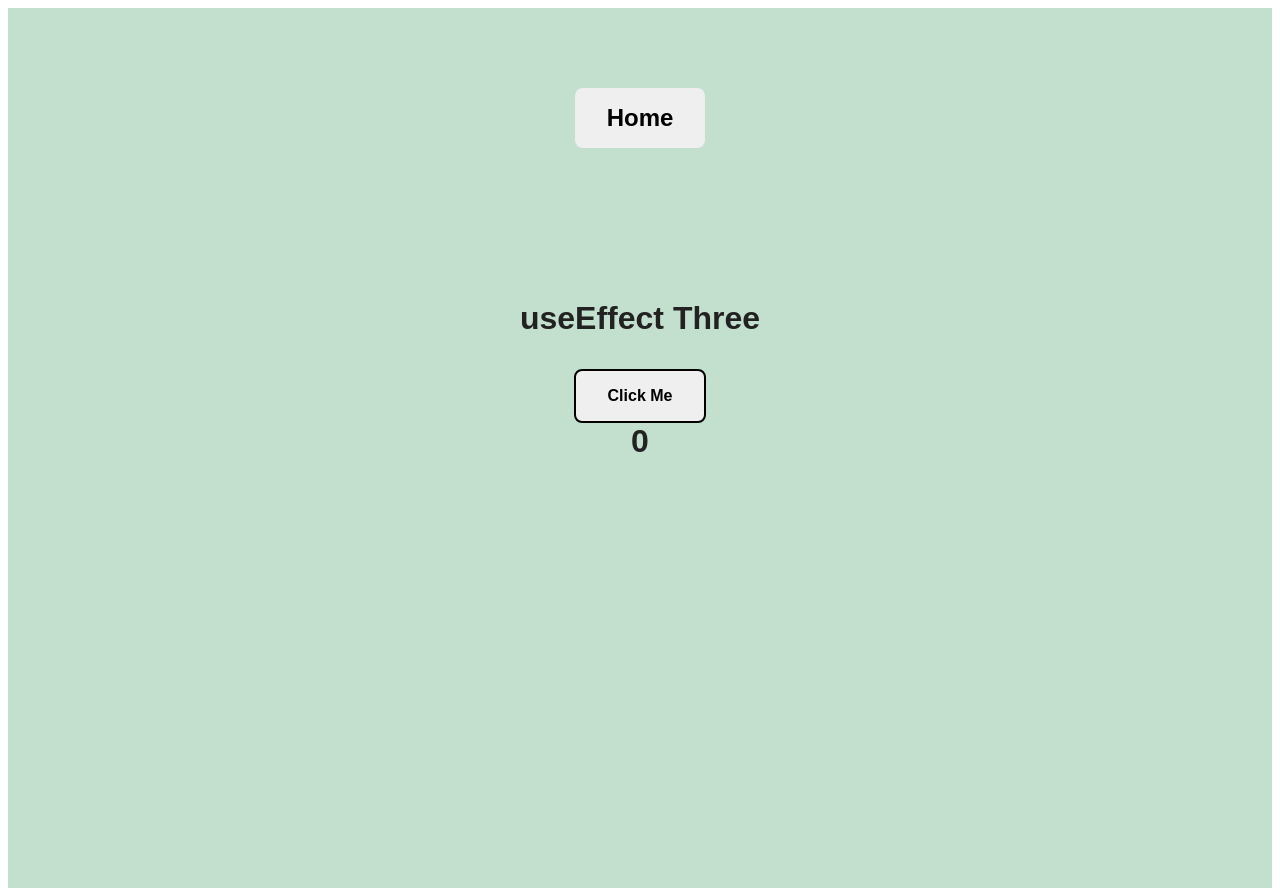
Repository: giovanabirck/class8
Page: /useEffectThree
An editor plug-in stored every save of this project. The page is shown before and after a run of saves, followed by the edit.
The browser window is 1280 px wide. The pictures show the whole page.
The project was rebuilt for these pictures with package versions that can differ from the ones it lists, and the page was loaded fresh each time. The framework's server and built-in components were replaced by stand-ins that run in the browser. Also part of the build but not shown: next.config.js.

Above is the page before, as saved 2023-02-23 18:15:45.

After the next 5 saves:
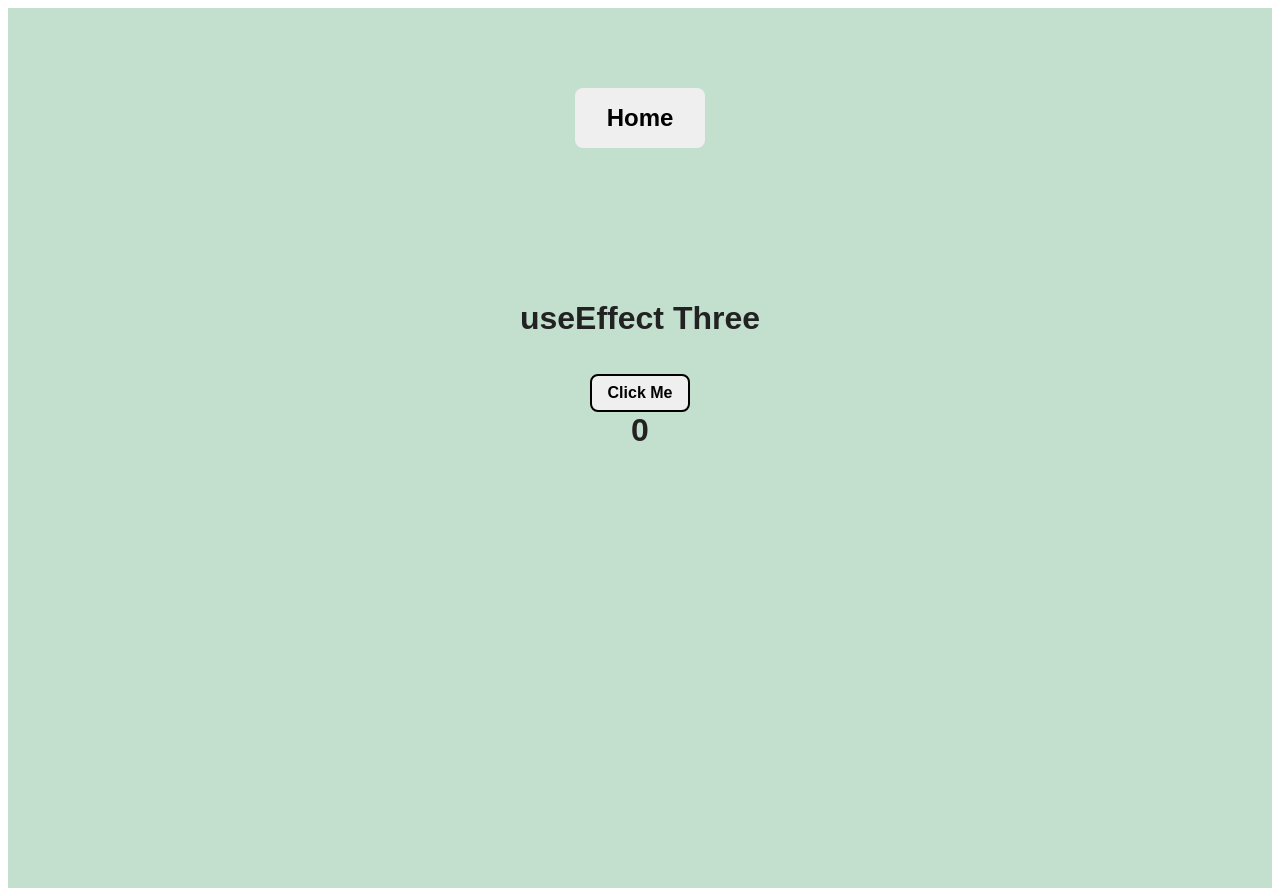
The 5 saves are shown as one change because they came seconds apart.
The last was saved 16 s later.
--- a/styles/UseEffectThree.module.css
+++ b/styles/UseEffectThree.module.css
@@ -35,9 +35,9 @@
   }
 
   .btn_secondary {
-    font-weight: 900;
+    font-weight: 600;
     font-size: 1rem;
-    padding: 1rem 2rem;
+    padding: 0.5rem 1rem;
     border-radius: 0.5rem;
     border-style: solid;
     cursor: pointer;
